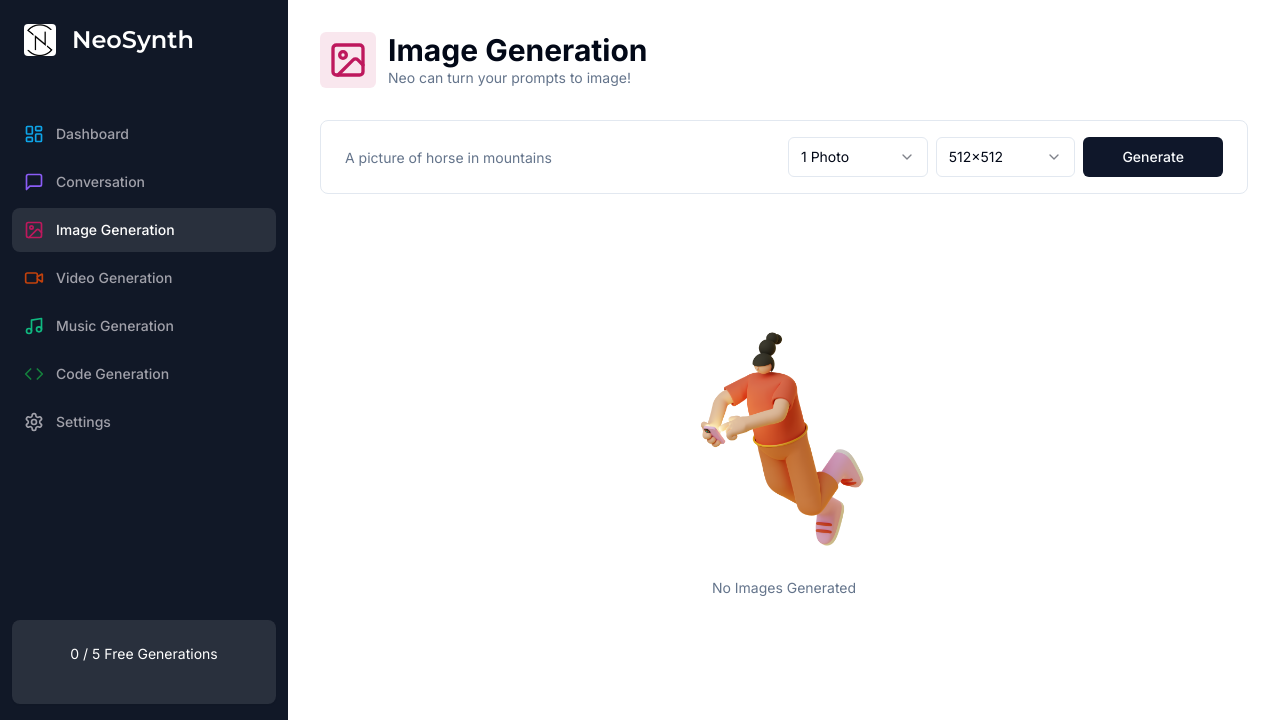
Repository: tathagat22/NeoSynth
Page: /image
An editor plug-in stored every save of this project. The page is shown before and after the next save, followed by the edit.
The browser window is 1280 px wide. The pictures show the whole page.
The page's requests for data from a server got no answer. The project was rebuilt for these pictures with package versions that can differ from the ones it lists, and the page was loaded fresh each time. Some packages were replaced by stand-ins written for this rebuild. The framework's server and built-in components were replaced by stand-ins that run in the browser. No one was signed in, and anything a server would have sent is missing. Also part of the build but not shown: next.config.js, components/ui/label.tsx, components/loader.tsx.

Above is the page before, as saved 2023-09-03 17:07:45.

### app/layout.tsx
import "./globals.css";
import type { Metadata } from "next";
import { Inter } from "next/font/google";
import { ClerkProvider } from "@clerk/nextjs";

const inter = Inter({ subsets: ["latin"] });

export const metadata: Metadata = {
  title: "NeoSynth",
  description: "Neo is thinking for you behind the matrix",
};

export default function RootLayout({
  children,
}: {
  children: React.ReactNode;
}) {
  return (
    <ClerkProvider>
      <html lang="en">
        <body className={inter.className}>{children}</body>
      </html>
    </ClerkProvider>
  );
}

### app/(dashboard)/layout.tsx
import Navbar from "@/components/Navbar";
import Sidebar from "@/components/sidebar";
import { getApiLimitCount } from "@/lib/api-limit";

const DashboardLayout = async ({ children }: { children: React.ReactNode }) => {
  const apiLimitCount = await getApiLimitCount();
  return (
    <div className="h-full relative">
      <div className="hidden h-full md:flex md:w-72 md:flex-col md:fixed md:inset-y-0 z-[80] bg-gray-900">
        <Sidebar apiLimitCount={apiLimitCount}/>
      </div>
      <main className="md:pl-72">
        <Navbar /> {children}
      </main>
    </div>
  );
};

export default DashboardLayout;

### app/globals.css
@tailwind base;
@tailwind components;
@tailwind utilities;

html, body, :root {
  height: 100%;
}
@layer base {
  :root {
    --background: 0 0% 100%;
    --foreground: 222.2 84% 4.9%;

    --card: 0 0% 100%;
    --card-foreground: 222.2 84% 4.9%;

    --popover: 0 0% 100%;
    --popover-foreground: 222.2 84% 4.9%;

    --primary: 222.2 47.4% 11.2%;
    --primary-foreground: 210 40% 98%;

    --secondary: 210 40% 96.1%;
    --secondary-foreground: 222.2 47.4% 11.2%;

    --muted: 210 40% 96.1%;
    --muted-foreground: 215.4 16.3% 46.9%;

    --accent: 210 40% 96.1%;
    --accent-foreground: 222.2 47.4% 11.2%;

    --destructive: 0 84.2% 60.2%;
    --destructive-foreground: 210 40% 98%;

    --border: 214.3 31.8% 91.4%;
    --input: 214.3 31.8% 91.4%;
    --ring: 222.2 84% 4.9%;

    --radius: 0.5rem;
  }

  .dark {
    --background: 222.2 84% 4.9%;
    --foreground: 210 40% 98%;

    --card: 222.2 84% 4.9%;
    --card-foreground: 210 40% 98%;

    --popover: 222.2 84% 4.9%;
    --popover-foreground: 210 40% 98%;

    --primary: 210 40% 98%;
    --primary-foreground: 222.2 47.4% 11.2%;

    --secondary: 217.2 32.6% 17.5%;
    --secondary-foreground: 210 40% 98%;

    --muted: 217.2 32.6% 17.5%;
    --muted-foreground: 215 20.2% 65.1%;

    --accent: 217.2 32.6% 17.5%;
    --accent-foreground: 210 40% 98%;

    --destructive: 0 62.8% 30.6%;
    --destructive-foreground: 210 40% 98%;

    --border: 217.2 32.6% 17.5%;
    --input: 217.2 32.6% 17.5%;
    --ring: 212.7 26.8% 83.9%;
  }
}

@layer base {
  * {
    @apply border-border;
  }
  body {
    @apply bg-background text-foreground;
  }
}

### components/Navbar.tsx

import { UserButton } from "@clerk/nextjs";
import MobileSidebar from "./mobile-sidebar";

const Navbar = () => {
    return (
        <div className="flex items-center p-4">
            <MobileSidebar />
            <div className="flex w-full justify-end">
                <UserButton afterSignOutUrl="/"/>
            </div>
        </div>
     );
}

export default Navbar;

### components/sidebar.tsx
"use client";

import { cn } from "@/lib/utils";
import { Montserrat } from "next/font/google";
import Image from "next/image";
import Link from "next/link";
import { usePathname } from "next/navigation";
import {
  LayoutDashboard,
  MessageSquare,
  ImageIcon,
  VideoIcon,
  Music,
  Code,
  Settings,
} from "lucide-react";
import { FreeCounter } from "./free-counter";
const montserrat = Montserrat({ weight: "600", subsets: ["latin"] });
const routes = [
  {
    label: "Dashboard",
    icon: LayoutDashboard,
    href: "/dashboard",
    color: "text-sky-500",
  },
  {
    label: "Conversation",
    icon: MessageSquare,
    href: "/conversation",
    color: "text-violet-500",
  },
  {
    label: "Image Generation",
    icon: ImageIcon,
    href: "/image",
    color: "text-pink-700",
  },
  {
    label: "Video Generation",
    icon: VideoIcon,
    href: "/video",
    color: "text-orange-700",
  },
  {
    label: "Music Generation",
    icon: Music,
    href: "/music",
    color: "text-emerald-500",
  },
  {
    label: "Code Generation",
    icon: Code,
    href: "/code",
    color: "text-green-700",
  },
  {
    label: "Settings",
    icon: Settings,
    href: "/settings",
  },
];

interface SidebarProps {
  apiLimitCount: number;
};

const Sidebar = ({apiLimitCount = 0} : SidebarProps ) => {
  const pathname = usePathname();
  return (
    <div className="space-y-4 py-4 flex flex-col h-full bg-[#111827] text-white">
      <div className="px-3 py-2 flex-1">
        <Link href="/dashboard" className="flex items-center pl-3 mb-14">
          <div className="relative w-8 h-8 mr-4 rounded">
            <Image className="rounded" fill alt="Logo" src="/logo.png" />
          </div>
          <h1 className={cn("text-2xl font-bold", montserrat.className)}>
            NeoSynth
          </h1>
        </Link>
        <div className="space-y-1">
          {routes.map((route) => (
            <Link
              href={route.href}
              key={route.href}
              className={cn(
                "text-sm group flex p-3 w-full justify-start font-medium cursor-pointer hover:text-white hover:bg-white/10 rounded-lg transition", pathname == route.href ? "text-white bg-white/10" : "text-zinc-400"
              )}
            >
              <div className="flex items-center flex-1">
                <route.icon className={cn("h-5 w-5 mr-3", route.color)} />{" "}
                {route.label}
              </div>
            </Link>
          ))}
        </div>
      </div>
      <FreeCounter
        apiLimitCount={apiLimitCount}
      />
    </div>
  );
};

export default Sidebar;

### lib/api-limit.ts
import { auth } from "@clerk/nextjs";

import prismadb from "./prismadb";

import { MAX_FREE_COUNTS } from "@/constants";

export const increaseApiLimit = async () => {
  const { userId } = auth();

  if (!userId) {
    return;
  }

  const userApiLimit = await prismadb.userApiLimit.findUnique({
    where: {
      userId,
    },
  });

  if (userApiLimit) {
    await prismadb.userApiLimit.update({
      where: { userId: userId },
      data: { count: userApiLimit.count + 1 },
    });
  } else {
    await prismadb.userApiLimit.create({
      data: { userId: userId, count: 1 },
    });
  }
};

export const checkApiLimit = async () => {
  const { userId } = auth();
  if (!userId) {
    return;
  }

  const userApiLimit = await prismadb.userApiLimit.findUnique({
    where: {
      userId,
    },
  });

  if (!userApiLimit || userApiLimit.count < MAX_FREE_COUNTS) {
    return true;
  } else {
    return false;
  }
};

export const getApiLimitCount = async () => {
  const { userId } = auth();
  if (!userId) {
    return 0;
  }

  const userApiLimit = await prismadb.userApiLimit.findUnique({
    where: {
        userId
    }
  });

  if(!userApiLimit) {
    return 0;
  }

  return userApiLimit.count;
};

### components/heading.tsx
import { cn } from "@/lib/utils";
import { LucideIcon } from "lucide-react";

interface HeadingProps {
  title: string;
  description: string;
  icon: LucideIcon;
  iconColor?: string;
  bgColor?: string;
}

export const Heading = ({
  title,
  description,
  icon: Icon,
  iconColor,
  bgColor,
}: HeadingProps) => {
  return (
    <div className="px-4 lg:px-8 flex items-center gap-x-3 mb-8">
      <div className={cn("p-2 w-fit rounded-md", bgColor)}>
        <Icon className={cn("w-10 h-10", iconColor)} />
      </div>
      <div>
        <h2 className="text-3xl font-bold">{title}</h2>
        <p className="text-sm text-muted-foreground">{description}</p>
      </div>
    </div>
  );
};

### app/(dashboard)/(routes)/image/constants.ts
import * as z from "zod";

export const formSchema = z.object({
  prompt: z.string().min(1, { message: "Image Prompt is required" }),
  amount: z.string().min(1),
  resolution: z.string().min(1),
});

export const amountOptions = [
  {
    value: "1",
    label: "1 Photo"
  },
  {
    value: "2",
    label: "2 Photo"
  },
  {
    value: "3",
    label: "3 Photo"
  },
  {
    value: "4",
    label: "4 Photo"
  },
  {
    value: "5",
    label: "5 Photo"
  },
];

export const resolutionOptions = [
  {
    value: "256x256",
    label: "256x256",
  },
  {
    value: "512x512",
    label: "512x512",
  },
  {
    value: "1024x1024",
    label: "1024x1024",
  },
];

### components/ui/form.tsx
import * as React from "react"
import * as LabelPrimitive from "@radix-ui/react-label"
import { Slot } from "@radix-ui/react-slot"
import {
  Controller,
  ControllerProps,
  FieldPath,
  FieldValues,
  FormProvider,
  useFormContext,
} from "react-hook-form"

import { cn } from "@/lib/utils"
import { Label } from "@/components/ui/label"

const Form = FormProvider

type FormFieldContextValue<
  TFieldValues extends FieldValues = FieldValues,
  TName extends FieldPath<TFieldValues> = FieldPath<TFieldValues>
> = {
  name: TName
}

const FormFieldContext = React.createContext<FormFieldContextValue>(
  {} as FormFieldContextValue
)

const FormField = <
  TFieldValues extends FieldValues = FieldValues,
  TName extends FieldPath<TFieldValues> = FieldPath<TFieldValues>
>({
  ...props
}: ControllerProps<TFieldValues, TName>) => {
  return (
    <FormFieldContext.Provider value={{ name: props.name }}>
      <Controller {...props} />
    </FormFieldContext.Provider>
  )
}

const useFormField = () => {
  const fieldContext = React.useContext(FormFieldContext)
  const itemContext = React.useContext(FormItemContext)
  const { getFieldState, formState } = useFormContext()

  const fieldState = getFieldState(fieldContext.name, formState)

  if (!fieldContext) {
    throw new Error("useFormField should be used within <FormField>")
  }

  const { id } = itemContext

  return {
    id,
    name: fieldContext.name,
    formItemId: `${id}-form-item`,
    formDescriptionId: `${id}-form-item-description`,
    formMessageId: `${id}-form-item-message`,
    ...fieldState,
  }
}

type FormItemContextValue = {
  id: string
}

const FormItemContext = React.createContext<FormItemContextValue>(
  {} as FormItemContextValue
)

const FormItem = React.forwardRef<
  HTMLDivElement,
  React.HTMLAttributes<HTMLDivElement>
>(({ className, ...props }, ref) => {
  const id = React.useId()

  return (
    <FormItemContext.Provider value={{ id }}>
      <div ref={ref} className={cn("space-y-2", className)} {...props} />
    </FormItemContext.Provider>
  )
})
FormItem.displayName = "FormItem"

const FormLabel = React.forwardRef<
  React.ElementRef<typeof LabelPrimitive.Root>,
  React.ComponentPropsWithoutRef<typeof LabelPrimitive.Root>
>(({ className, ...props }, ref) => {
  const { error, formItemId } = useFormField()

  return (
    <Label
      ref={ref}
      className={cn(error && "text-destructive", className)}
      htmlFor={formItemId}
      {...props}
    />
  )
})
FormLabel.displayName = "FormLabel"

const FormControl = React.forwardRef<
  React.ElementRef<typeof Slot>,
  React.ComponentPropsWithoutRef<typeof Slot>
>(({ ...props }, ref) => {
  const { error, formItemId, formDescriptionId, formMessageId } = useFormField()

  return (
    <Slot
      ref={ref}
      id={formItemId}
      aria-describedby={
        !error
          ? `${formDescriptionId}`
          : `${formDescriptionId} ${formMessageId}`
      }
      aria-invalid={!!error}
      {...props}
    />
  )
})
FormControl.displayName = "FormControl"

const FormDescription = React.forwardRef<
  HTMLParagraphElement,
  React.HTMLAttributes<HTMLParagraphElement>
>(({ className, ...props }, ref) => {
  const { formDescriptionId } = useFormField()

  return (
    <p
      ref={ref}
      id={formDescriptionId}
      className={cn("text-sm text-muted-foreground", className)}
      {...props}
    />
  )
})
FormDescription.displayName = "FormDescription"

const FormMessage = React.forwardRef<
  HTMLParagraphElement,
  React.HTMLAttributes<HTMLParagraphElement>
>(({ className, children, ...props }, ref) => {
  const { error, formMessageId } = useFormField()
  const body = error ? String(error?.message) : children

  if (!body) {
    return null
  }

  return (
    <p
      ref={ref}
      id={formMessageId}
      className={cn("text-sm font-medium text-destructive", className)}
      {...props}
    >
      {body}
    </p>
  )
})
FormMessage.displayName = "FormMessage"

export {
  useFormField,
  Form,
  FormItem,
  FormLabel,
  FormControl,
  FormDescription,
  FormMessage,
  FormField,
}

### components/ui/input.tsx
import * as React from "react"

import { cn } from "@/lib/utils"

export interface InputProps
  extends React.InputHTMLAttributes<HTMLInputElement> {}

const Input = React.forwardRef<HTMLInputElement, InputProps>(
  ({ className, type, ...props }, ref) => {
    return (
      <input
        type={type}
        className={cn(
          "flex h-10 w-full rounded-md border border-input bg-background px-3 py-2 text-sm ring-offset-background file:border-0 file:bg-transparent file:text-sm file:font-medium placeholder:text-muted-foreground focus-visible:outline-none focus-visible:ring-2 focus-visible:ring-ring focus-visible:ring-offset-2 disabled:cursor-not-allowed disabled:opacity-50",
          className
        )}
        ref={ref}
        {...props}
      />
    )
  }
)
Input.displayName = "Input"

export { Input }

### components/ui/button.tsx
import * as React from "react"
import { Slot } from "@radix-ui/react-slot"
import { cva, type VariantProps } from "class-variance-authority"

import { cn } from "@/lib/utils"

const buttonVariants = cva(
  "inline-flex items-center justify-center rounded-md text-sm font-medium ring-offset-background transition-colors focus-visible:outline-none focus-visible:ring-2 focus-visible:ring-ring focus-visible:ring-offset-2 disabled:pointer-events-none disabled:opacity-50",
  {
    variants: {
      variant: {
        default: "bg-primary text-primary-foreground hover:bg-primary/90",
        destructive:
          "bg-destructive text-destructive-foreground hover:bg-destructive/90",
        outline:
          "border border-input bg-background hover:bg-accent hover:text-accent-foreground",
        secondary:
          "bg-secondary text-secondary-foreground hover:bg-secondary/80",
        ghost: "hover:bg-accent hover:text-accent-foreground",
        link: "text-primary underline-offset-4 hover:underline",
      },
      size: {
        default: "h-10 px-4 py-2",
        sm: "h-9 rounded-md px-3",
        lg: "h-11 rounded-md px-8",
        icon: "h-10 w-10",
      },
    },
    defaultVariants: {
      variant: "default",
      size: "default",
    },
  }
)

export interface ButtonProps
  extends React.ButtonHTMLAttributes<HTMLButtonElement>,
    VariantProps<typeof buttonVariants> {
  asChild?: boolean
}

const Button = React.forwardRef<HTMLButtonElement, ButtonProps>(
  ({ className, variant, size, asChild = false, ...props }, ref) => {
    const Comp = asChild ? Slot : "button"
    return (
      <Comp
        className={cn(buttonVariants({ variant, size, className }))}
        ref={ref}
        {...props}
      />
    )
  }
)
Button.displayName = "Button"

export { Button, buttonVariants }

### components/empty.tsx
import Image from "next/image";

interface EmptyProps {
  label: string;
}

export const Empty = ({ label }: EmptyProps) => {
  return (
    <div className="h-full p-20 flex flex-col items-center justify-center">
      <div className="relative h-72 w-72">
        <Image src="/empty.png" fill alt="Empty" />
      </div>
      <p className="text-muted-foreground text-sm text-center">{label}</p>
    </div>
  );
};

### components/ui/card.tsx
import * as React from "react"

import { cn } from "@/lib/utils"

const Card = React.forwardRef<
  HTMLDivElement,
  React.HTMLAttributes<HTMLDivElement>
>(({ className, ...props }, ref) => (
  <div
    ref={ref}
    className={cn(
      "rounded-lg border bg-card text-card-foreground shadow-sm",
      className
    )}
    {...props}
  />
))
Card.displayName = "Card"

const CardHeader = React.forwardRef<
  HTMLDivElement,
  React.HTMLAttributes<HTMLDivElement>
>(({ className, ...props }, ref) => (
  <div
    ref={ref}
    className={cn("flex flex-col space-y-1.5 p-6", className)}
    {...props}
  />
))
CardHeader.displayName = "CardHeader"

const CardTitle = React.forwardRef<
  HTMLParagraphElement,
  React.HTMLAttributes<HTMLHeadingElement>
>(({ className, ...props }, ref) => (
  <h3
    ref={ref}
    className={cn(
      "text-2xl font-semibold leading-none tracking-tight",
      className
    )}
    {...props}
  />
))
CardTitle.displayName = "CardTitle"

const CardDescription = React.forwardRef<
  HTMLParagraphElement,
  React.HTMLAttributes<HTMLParagraphElement>
>(({ className, ...props }, ref) => (
  <p
    ref={ref}
    className={cn("text-sm text-muted-foreground", className)}
    {...props}
  />
))
CardDescription.displayName = "CardDescription"

const CardContent = React.forwardRef<
  HTMLDivElement,
  React.HTMLAttributes<HTMLDivElement>
>(({ className, ...props }, ref) => (
  <div ref={ref} className={cn("p-6 pt-0", className)} {...props} />
))
CardContent.displayName = "CardContent"

const CardFooter = React.forwardRef<
  HTMLDivElement,
  React.HTMLAttributes<HTMLDivElement>
>(({ className, ...props }, ref) => (
  <div
    ref={ref}
    className={cn("flex items-center p-6 pt-0", className)}
    {...props}
  />
))
CardFooter.displayName = "CardFooter"

export { Card, CardHeader, CardFooter, CardTitle, CardDescription, CardContent }

### components/mobile-sidebar.tsx
"use client";

import { Button } from "./ui/button";
import { Menu } from "lucide-react";
import { Sheet, SheetContent, SheetTrigger } from "./ui/sheet";
import Sidebar from "./sidebar";
import { useEffect, useState } from "react";
const MobileSidebar = () => {
  //Hydration Error Fix
  const [isMounted, setIsMounted] = useState(false);

  useEffect(() => {
    setIsMounted(true);
  }, []);
  if (!isMounted) return null;
  //Hydration Error Fix Ends Here
  return (
    <Sheet>
      <SheetTrigger>
        <Button variant="ghost" size="icon" className="md:hidden">
          <Menu />
        </Button>
      </SheetTrigger>
      <SheetContent side="left" className="p-0">
        <Sidebar />
      </SheetContent>
    </Sheet>
  );
};

export default MobileSidebar;

### components/free-counter.tsx
"use client";

import { useEffect, useState } from "react";
import { Card, CardContent } from "./ui/card";
import { MAX_FREE_COUNTS } from "@/constants";

interface FreeCounterProps {
  apiLimitCount: number;
}

export const FreeCounter = ({ apiLimitCount = 0 }: FreeCounterProps) => {
  const [mounted, setMounted] = useState(false);

  useEffect(() => {
    setMounted(true);
  }, []);

  if (!mounted) {
    return null;
  }
  return (
    <div className="px-3">
      <Card className="bg-white/10 border-0">
        <CardContent className="py-6">
          <div className="text-center text-sm text-white mb-4 space-y-2">
            <p>{apiLimitCount} / {MAX_FREE_COUNTS} Free Generations</p>
          </div>
        </CardContent>
      </Card>
    </div>
  );
};

### lib/prismadb.ts
import { PrismaClient} from "@prisma/client";

declare global {
    var prisma: PrismaClient | undefined;
}

const prismadb = globalThis.prisma || new PrismaClient();
if (process.env.NODE_ENV !== 'production') globalThis.prisma = prismadb;

export default prismadb;

### components/ui/progress.tsx
"use client"

import * as React from "react"
import * as ProgressPrimitive from "@radix-ui/react-progress"

import { cn } from "@/lib/utils"

const Progress = React.forwardRef<
  React.ElementRef<typeof ProgressPrimitive.Root>,
  React.ComponentPropsWithoutRef<typeof ProgressPrimitive.Root>
>(({ className, value, ...props }, ref) => (
  <ProgressPrimitive.Root
    ref={ref}
    className={cn(
      "relative h-4 w-full overflow-hidden rounded-full bg-secondary",
      className
    )}
    {...props}
  >
    <ProgressPrimitive.Indicator
      className="h-full w-full flex-1 bg-primary transition-all"
      style={{ transform: `translateX(-${100 - (value || 0)}%)` }}
    />
  </ProgressPrimitive.Root>
))
Progress.displayName = ProgressPrimitive.Root.displayName

export { Progress }

Loaded but not shown: lib/utils.ts (common file); constants.ts (common file); tailwind.config.js (common file); app/(dashboard)/(routes)/image/page.tsx (187 lines, source omitted); components/ui/sheet.tsx (144 lines, source omitted); components/ui/select.tsx (121 lines, source omitted)

After the next save:
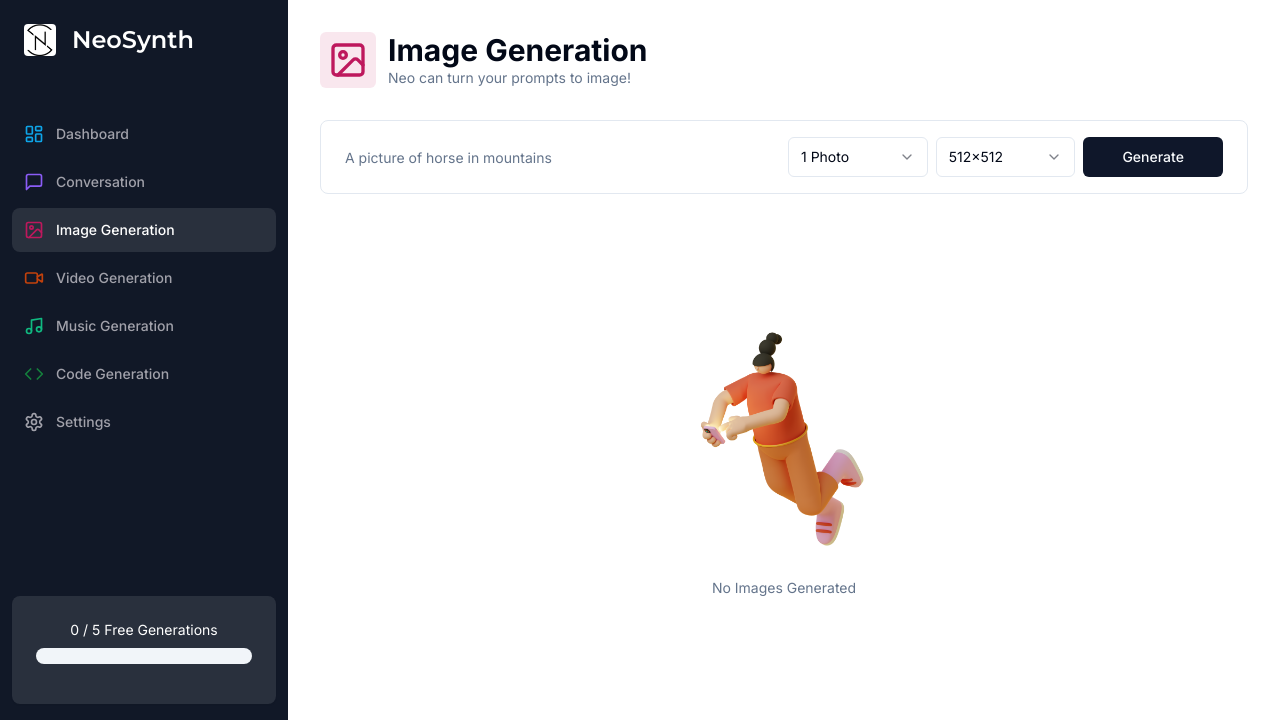
Saved 69 s later.
--- a/components/free-counter.tsx
+++ b/components/free-counter.tsx
@@ -3,6 +3,7 @@
 import { useEffect, useState } from "react";
 import { Card, CardContent } from "./ui/card";
 import { MAX_FREE_COUNTS } from "@/constants";
+import { Progress } from "./ui/progress";
 
 interface FreeCounterProps {
   apiLimitCount: number;
@@ -24,6 +25,7 @@
         <CardContent className="py-6">
           <div className="text-center text-sm text-white mb-4 space-y-2">
             <p>{apiLimitCount} / {MAX_FREE_COUNTS} Free Generations</p>
+            <Progress />
           </div>
         </CardContent>
       </Card>
